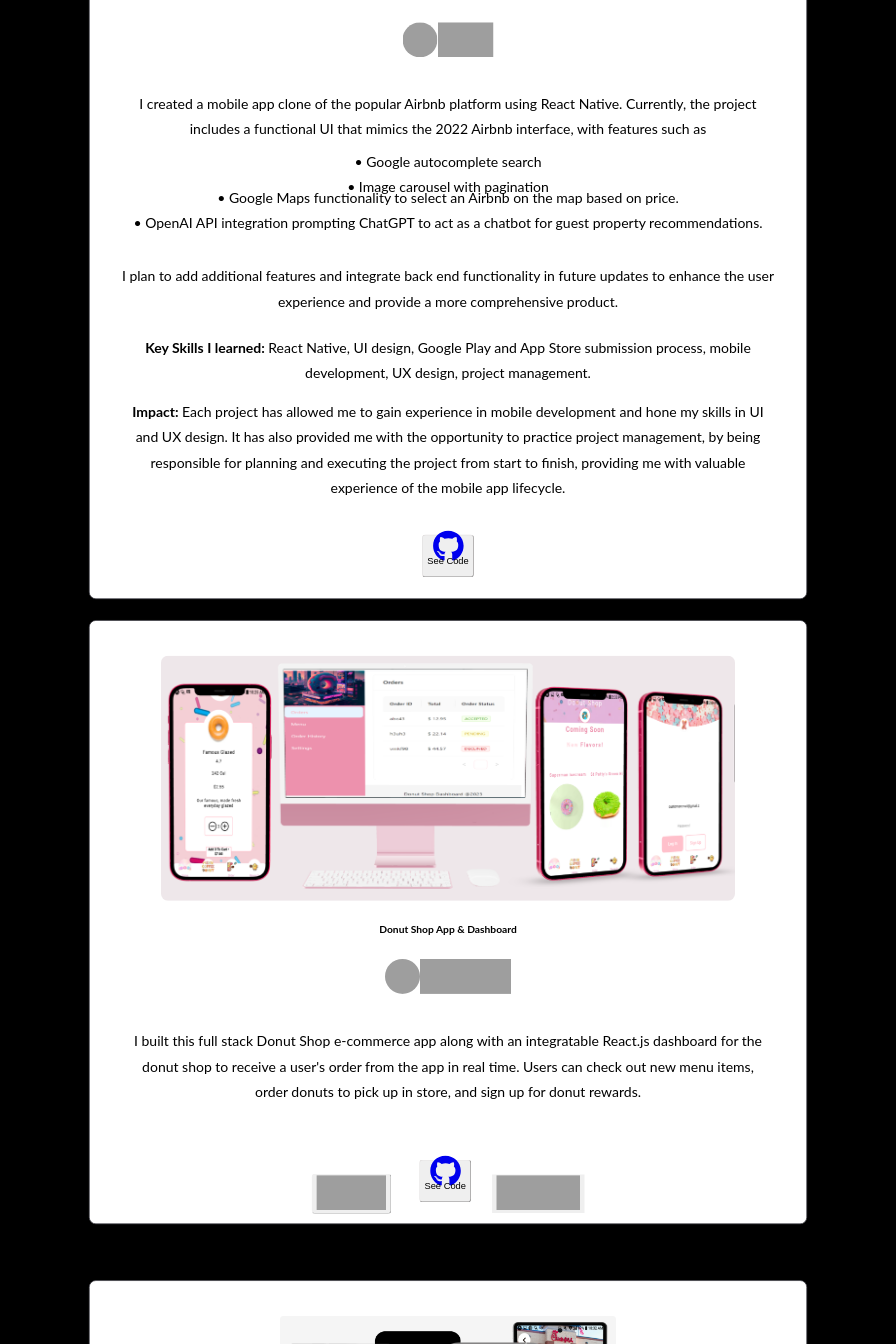
Repository: JamesPesenti/portfolio
Page: /
These files come from the project's save history. The page is drawn as it stood at one moment and after the next save; the edit follows.
The browser window is 1280 px wide. The pictures show the part of the page from y = 1947 to 3867 px (the page is 6929 px tall), at 70% of full size.
Pictures or frames that could not be fetched are drawn as grey boxes. The project was rebuilt for these pictures with package versions that can differ from the ones it lists, and the page was loaded fresh each time. Imported but missing from the stored project, and not drawn on this page: src/Components/James Pesenti Resume 2023.pdf.

Above is the page before, as saved 2023-05-29 08:41:53.

After the next save:
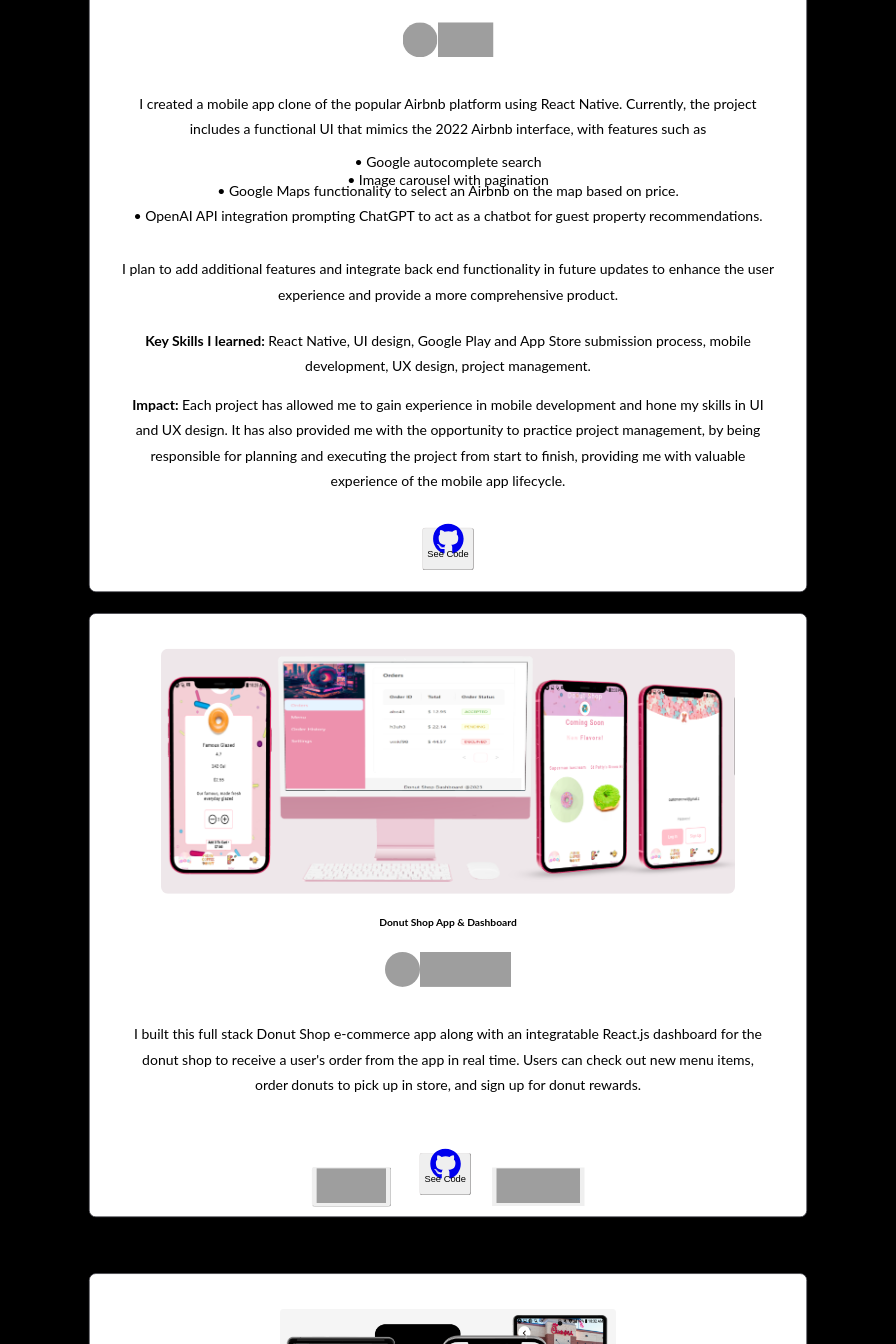
Saved 4 s later.
--- a/src/Components/MyProjects.jsx
+++ b/src/Components/MyProjects.jsx
@@ -24,7 +24,7 @@
                 </div>
            <div>
             <p style={{fontSize: 20, textAlign: 'center', padding: 50, marginBottom: -60}}>I created a mobile app clone of the popular Airbnb platform using React Native. Currently, the project includes a functional UI that mimics the 2022 Airbnb interface, with features such as</p>
-            <p style={{fontSize: 20, padding: 0, marginBottom: -20}}>&#8226; Google autocomplete search</p>
+            <p style={{fontSize: 20, padding: 0, marginBottom: -30}}>&#8226; Google autocomplete search</p>
             <p style={{fontSize: 20,  padding: 0, marginBottom: -40}}>&#8226; Image carousel with pagination</p>
             <p style={{fontSize: 20, paddingHorizontal: 0, marginBottom: -20}}> &#8226; Google Maps functionality to select an Airbnb on the map based on price.</p>
             <p style={{fontSize: 20, paddingHorizontal: 0, marginBottom: -20}}> &#8226; OpenAI API integration prompting ChatGPT to act as a chatbot for guest property recommendations.</p>
